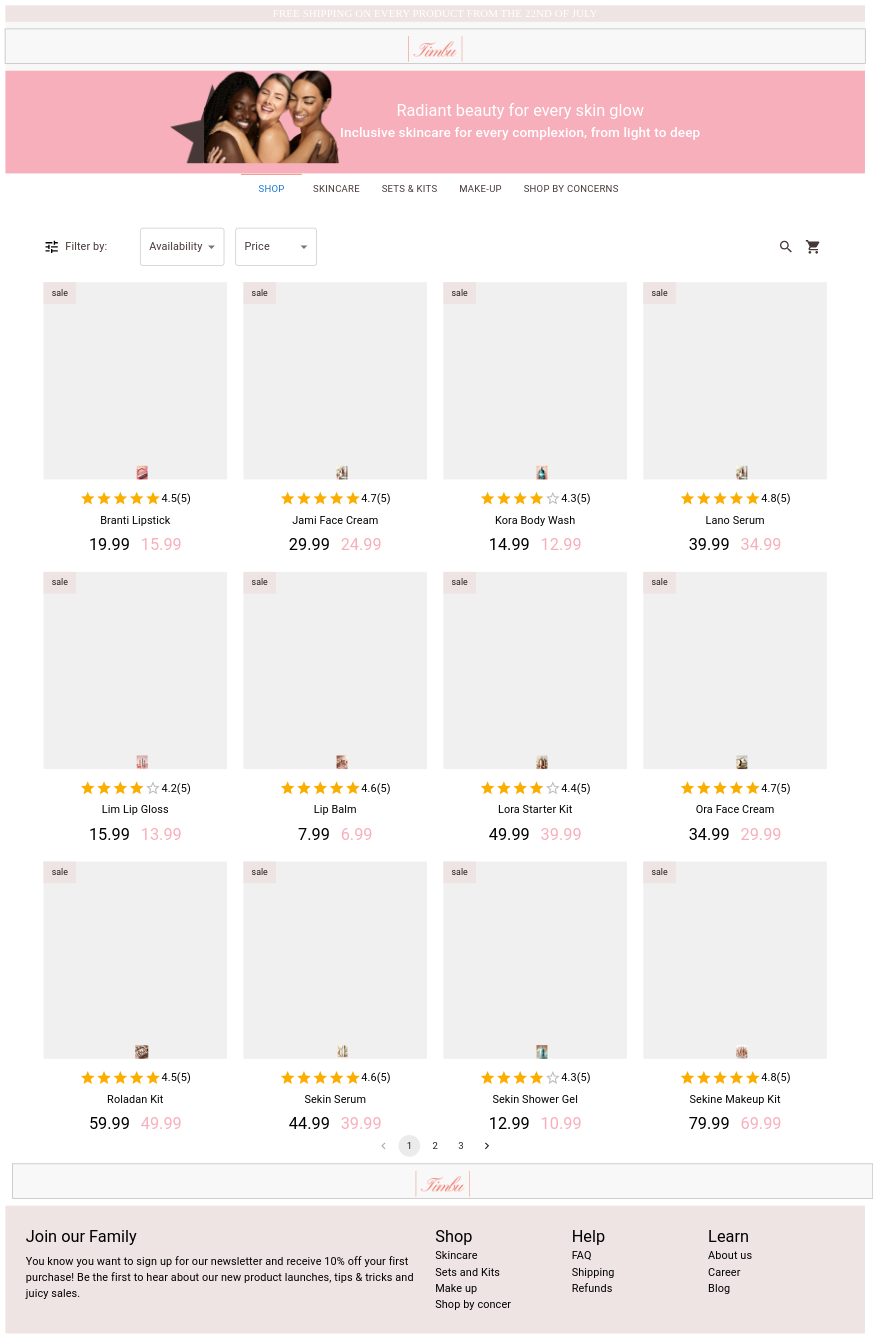
Repository: Armstrong2035/hng-project-two
Page: / (app in timbu-store/)
An editor plug-in stored every save of this project. The page is shown before and after the next save, followed by the edit.
The browser window is 1280 px wide. The page is 1284 px wide, so the pictures cover 1284 px, including what lies to the right of the window. The pictures show the whole page, at 68% of full size.
The project was rebuilt for these pictures with package versions that can differ from the ones it lists, and the page was loaded fresh each time. The framework's server and built-in components were replaced by stand-ins that run in the browser. Also part of the build but not shown: timbu-store/next.config.mjs, timbu-store/src/app/fonts.css, timbu-store/components/Products/FiltersMobile.js.

Above is the page before, as saved 2024-07-10 01:36:28.

### timbu-store/src/app/layout.js
"use client";

import "./fonts.css";

import Head from "next/head";

const metadata = {
  title: "Timbu Store",
  description: "We sell beauty",
};

export default function RootLayout({ children }) {
  return (
    <>
      <html>
        <Head>
          <title>{metadata.title}</title>
          <meta name="description" content={metadata.description} />
        </Head>
        <body>{children}</body>
      </html>
    </>
  );
}

### timbu-store/src/app/page.js
"use client";

import ProductList from "../../components/Products/ProductList";
import { Container, Box, Grid } from "@mui/material";
import Header from "../../components/header/Header";
import Footer from "../../components/footer/Footer";
import Filters from "../../components/Products/Filters";

export default function Home() {
  return (
    <>
      <Grid>
        <Grid item sm={12}>
          <Header />
        </Grid>

        <Grid item>
          <Box sx={{ mt: 4 }}>
            <ProductList />
          </Box>
        </Grid>
        <Grid item>
          <Footer />
        </Grid>
      </Grid>
    </>
  );
}

### timbu-store/components/Products/ProductList.js
"use client";
import { inventory } from "@/products";
import {
  Box,
  Grid,
  Container,
  Stack,
  Card,
  CardContent,
  CardHeader,
  CardMedia,
  Typography,
  Rating,
  CardActionArea,
  Button,
  Chip,
  Pagination,
} from "@mui/material";
import Image from "next/image";
import useStore from "@/store/store";
import React from "react";
import Link from "next/link";
import Filters from "./Filters";
import { useTheme } from "@mui/material/styles";
import useMediaQuery from "@mui/material/useMediaQuery";
import FiltersMobile from "./FiltersMobile";

export default function ProductList() {
  const addToCart = useStore((state) => state.addToCart);
  const cart = useStore((state) => state.cart);

  const theme = useTheme();
  const isDesktop = useMediaQuery(theme.breakpoints.up("lg"));

  //   console.log(cart);
  return (
    <Container>
      <Stack alignItems={"center"}>
        {/* <FiltersMobile /> */}
        {/* {!isDesktop && <FiltersMobile />} */}
        <Grid container spacing={3} direction={"column"}>
          {isDesktop && (
            <Grid item lg={12}>
              <Filters />
            </Grid>
          )}

          <Grid item xs={12} sm={6} md={4} lg={3}>
            <Grid container spacing={3}>
              {inventory.map((product, index) => (
                <Grid
                  item
                  xs={12}
                  sm={12}
                  md={4}
                  lg={3}
                  key={product.productName}
                >
                  <Stack direction={"column"} spacing={2}>
                    <Link
                      href={`/product/${encodeURIComponent(
                        product.productName
                      )}`}
                    >
                      <Box
                        sx={{
                          position: "relative",
                          width: "100%",
                          paddingTop: "100%", // This creates a 1:1 aspect ratio
                          backgroundColor: "#F1F0F0",
                          "&:hover": {
                            backgroundColor: "#E6DFDF",
                          },
                        }}
                      >
                        <Chip
                          label={"sale"}
                          sx={{
                            position: "absolute",
                            top: "0",
                            left: "0",
                            borderRadius: "0",
                            backgroundColor: "#EEE4E3",
                          }}
                        />

                        <div
                          style={{
                            width: "100%",
                            height: "100%",
                            position: "relative",
                            padding: "10px",
                          }}
                        >
                          <Image
                            src={product.imageUrl}
                            alt={product.productName}
                            layout="fill"
                            objectFit="contain"
                          />
                        </div>

                        <Box
                          className="add-to-cart"
                          sx={{
                            backgroundColor: "#ED8174",
                            color: "white",
                            position: "absolute",
                            bottom: 0,
                            width: "100%",
                            height: "50px",
                            display: "flex",
                            justifyContent: "center",
                            alignItems: "center",
                            opacity: 0,
                            transition: "opacity 0.3s",
                            cursor: "pointer",
                            "&:hover": {
                              backgroundColor: "#C9675B",
                            },
                          }}
                          onClick={(e) => {
                            e.stopPropagation(); // Prevent event from bubbling up to the Link
                            e.preventDefault(); // Prevent the default link behavior
                            addToCart(product);
                          }}
                        >
                          Add To Cart
                        </Box>
                      </Box>
                    </Link>

                    <Box>
                      <Stack spacing={1} alignItems={"center"}>
                        <Stack direction={"row"}>
                          <Rating
                            name="read-only"
                            value={product.rating}
                            readOnly
                          />
                          <Typography>{`${product.rating}(5)`}</Typography>
                        </Stack>
                        <Typography>{`${product.productName}`}</Typography>
                        <Stack spacing={2} direction={"row"}>
                          <Typography
                            variant={"h5"}
                          >{`${product.price}`}</Typography>

                          <Typography
                            variant={"h5"}
                            sx={{ color: "#F7AFBC" }}
                          >{`${product.discountPrice}`}</Typography>
                        </Stack>
                      </Stack>
                    </Box>
                  </Stack>
                </Grid>
              ))}
            </Grid>
          </Grid>
        </Grid>
        <Pagination count={3} />
      </Stack>
    </Container>
  );
}

### timbu-store/components/header/Header.js
"use client";
import { AppBar, Typography, Box, Stack } from "@mui/material";
import React from "react";
import Image from "next/image";
import Group1 from "../../public/utility-images/Group1.png";
import TimbuStore from "./TimbuStore";
import Promotion from "./Promotion";
import SimpleTabs from "./NavBar";
import Filters from "../Products/Filters";
import { useTheme } from "@mui/material/styles";
import useMediaQuery from "@mui/material/useMediaQuery";
import FiltersMobile from "../Products/FiltersMobile";

export default function Header() {
  const theme = useTheme();
  const isDesktop = useMediaQuery(theme.breakpoints.up("lg"));

  return (
    <>
      <Stack alignItems={"center"}>
        <AppBar
          elevation={"none"}
          sx={{
            backgroundColor: "#F8F8F8",
            position: "relative",
            width: "100%",
          }}
        >
          <Stack alignItems={"center"}>
            <Promotion />
            <TimbuStore />
            <Stack
              alignItems={"center"}
              textAlign={"center"}
              direction={isDesktop ? "row" : "column-reverse"}
              justifyContent={"center"}
              sx={{ backgroundColor: "#F7AFBC", width: "100%" }}
            >
              <Box sx={{ width: "250.08px", height: "150.77px" }}>
                <Image
                  src={Group1}
                  alt={"group of women"}
                  layout="responsive"
                  width={100}
                  height={100}
                  objectFit="contain"
                />
              </Box>
              <Box>
                <Typography variant={"h5"}>
                  Radiant beauty for every skin glow
                </Typography>
                <Typography variant={"h6"}>
                  Inclusive skincare for every complexion, from light to deep
                </Typography>
              </Box>
            </Stack>
          </Stack>
        </AppBar>

        {!isDesktop && (
          <Box sx={{ alignSelf: "flex-start" }}>
            <FiltersMobile />
          </Box>
        )}

        {isDesktop && <SimpleTabs />}
      </Stack>
    </>
  );
}

### timbu-store/components/footer/Footer.js
import React from "react";
import {
  Container,
  Grid,
  Typography,
  TextField,
  Button,
  AppBar,
  Toolbar,
  Box,
  Stack,
} from "@mui/material";
import TimbuStore from "../header/TimbuStore";
import { useTheme } from "@mui/material/styles";
import useMediaQuery from "@mui/material/useMediaQuery";

function Footer() {
  const theme = useTheme();
  const isDesktop = useMediaQuery(theme.breakpoints.up("lg"));
  return (
    <>
      <TimbuStore />
      <Box
        sx={{
          inTop: "2rem",
          backgroundColor: "#EEE4E3",
          padding: "30px",
        }}
      >
        <Grid container>
          <Grid item sm={12} lg={6}>
            <Stack>
              <Typography variant="h5" gutterBottom>
                Join our Family
              </Typography>
              <Typography variant="body1" paragraph>
                You know you want to sign up for our newsletter and receive 10%
                off your first purchase! Be the first to hear about our new
                product launches, tips & tricks and juicy sales.
              </Typography>
            </Stack>
          </Grid>

          <Grid item sm={12} lg={6}>
            <Grid container direction={isDesktop ? "row" : "column"}>
              <Grid item sm={12} lg={4}>
                <Stack>
                  <Typography variant={"h5"}>Shop</Typography>
                  <Typography>Skincare</Typography>
                  <Typography>Sets and Kits</Typography>
                  <Typography>Make up</Typography>
                  <Typography>Shop by concer</Typography>
                </Stack>
              </Grid>
              <Grid item sm={12} lg={4}>
                <Stack>
                  <Typography variant={"h5"}>Help</Typography>
                  <Typography>FAQ</Typography>
                  <Typography>Shipping</Typography>
                  <Typography>Refunds</Typography>
                </Stack>
              </Grid>
              <Grid item sm={12} lg={4}>
                <Stack>
                  <Typography variant={"h5"}>Learn</Typography>
                  <Typography>About us</Typography>
                  <Typography>Career</Typography>
                  <Typography>Blog</Typography>
                </Stack>
              </Grid>
            </Grid>
          </Grid>
        </Grid>
      </Box>
    </>
  );
}

export default Footer;

### timbu-store/components/Products/Filters.js
import React from "react";
import Link from "next/link";
import {
  Box,
  Select,
  MenuItem,
  IconButton,
  Typography,
  Stack,
  Icon,
} from "@mui/material";
import TuneIcon from "@mui/icons-material/Tune";
import SearchIcon from "@mui/icons-material/Search";
import ShoppingCartIcon from "@mui/icons-material/ShoppingCart";

export default function Filters() {
  const [availability, setAvailability] = React.useState("");
  const [price, setPrice] = React.useState("");

  const handleAvailabilityChange = (event) => {
    setAvailability(event.target.value);
  };

  const handlePriceChange = (event) => {
    setPrice(event.target.value);
  };

  return (
    <Box
      sx={{
        display: "flex",
        justifyContent: "space-between",
        alignItems: "center",

        width: "100%",
      }}
    >
      <Stack direction={"row"} alignItems={"center"} spacing={6}>
        <Stack direction={"row"} spacing={1}>
          <Icon>
            <TuneIcon />
          </Icon>

          <Typography variant="body1" sx={{ color: "#473838" }}>
            Filter by:
          </Typography>
        </Stack>

        <Box sx={{ display: "flex", gap: 2 }}>
          <Select
            value={availability}
            onChange={handleAvailabilityChange}
            displayEmpty
            sx={{ minWidth: 120, color: "#473838" }}
          >
            <MenuItem value="" disabled>
              Availability
            </MenuItem>
            <MenuItem value="inStock">In Stock</MenuItem>
            <MenuItem value="outOfStock">Out of Stock</MenuItem>
          </Select>
          <Select
            value={price}
            onChange={handlePriceChange}
            displayEmpty
            sx={{ minWidth: 120, color: "#473838" }}
          >
            <MenuItem value="" disabled>
              Price
            </MenuItem>
            <MenuItem value="lowToHigh">Low to High</MenuItem>
            <MenuItem value="highToLow">High to Low</MenuItem>
          </Select>
        </Box>
      </Stack>
      <Box>
        <IconButton>
          <SearchIcon sx={{ color: "#473838" }} />
        </IconButton>
        <Link href={"/cart"}>
          <IconButton>
            <ShoppingCartIcon sx={{ color: "#473838" }} />
          </IconButton>
        </Link>
      </Box>
    </Box>
  );
}

### timbu-store/src/store/store.js
import { create } from "zustand";
import { persist } from "zustand/middleware";

const useStore = create(
  (set) => ({
    cart: [],
    addToCart: (item) => set((state) => ({ cart: [...state.cart, item] })),
  }),
  {
    name: "cart-storage",
  }
);

export default useStore;

### timbu-store/components/header/TimbuStore.js
"use client";

import Image from "next/image";
import Timbu from "../../public/utility-images/Timbu.png";
import Link from "next/link";

export default function TimbuStore() {
  return (
    <div
      style={{
        width: "100%",
        backgroundColor: "#F8F8F8",
        display: "flex",
        justifyContent: "center",
        alignItems: "center",
        padding: "10px 0",
        border: "1px solid #BCBABA",
        margin: "10px",
      }}
    >
      <Link href={"/"}>
        <div style={{ width: "80px", height: "30px" }}>
          <Image
            src={Timbu}
            alt={"timbu store logo"}
            layout="responsive"
            width={50}
            height={50}
            objectFit="contain"
          />
        </div>
      </Link>
    </div>
  );
}

### timbu-store/components/header/Promotion.js
"use client";

import { Typography, Box } from "@mui/material";
import React from "react";

export default function Promotion() {
  return (
    <>
      <Box
        sx={{
          display: "flex",
          alignItems: "center",
          justifyContent: "center",
          width: "100%",
          backgroundColor: "#EEE4E3",
          padding: "15px, 0",
        }}
      >
        <Typography sx={{ fontFamily: "kanit-regular" }}>
          FREE SHIPPING ON EVERY PRODUCT FROM THE 22ND OF JULY
        </Typography>
      </Box>
    </>
  );
}

### timbu-store/components/header/NavBar.js
import React, { useState } from "react";
import { Tabs, Tab, Typography, Box } from "@mui/material";

function TabPanel(props) {
  const { children, value, index, ...other } = props;

  return (
    <div
      role="tabpanel"
      hidden={value !== index}
      id={`simple-tabpanel-${index}`}
      aria-labelledby={`simple-tab-${index}`}
      {...other}
    >
      {value === index && <Typography>{children}</Typography>}
    </div>
  );
}

export default function SimpleTabs() {
  const [value, setValue] = useState(0);

  const handleChange = (event, newValue) => {
    setValue(newValue);
  };

  return (
    <Box>
      <Tabs
        value={value}
        onChange={handleChange}
        TabIndicatorProps={{
          style: {
            top: 0,
            bottom: "auto",
            backgroundColor: "#ED8174",
          },
        }}
        sx={{
          "& .MuiTab-root": {
            fontWeight: "normal",
          },
          "& .Mui-selected": {
            color: "#473838",
            fontWeight: "normal",
          },
        }}
      >
        <Tab
          label="Shop"
          sx={{
            color: " #473838",
            fontWeight: "normal",
          }}
        />
        <Tab
          label="Skincare"
          sx={{
            color: " #473838",
            fontWeight: "normal",
          }}
        />
        <Tab
          label="Sets & Kits"
          sx={{
            color: " #473838",
            fontWeight: "normal",
          }}
        />
        <Tab
          label="Make-up"
          sx={{
            color: " #473838",
            fontWeight: "normal",
          }}
        />
        <Tab
          label="Shop by Concerns"
          sx={{
            color: " #473838",
            fontWeight: "normal",
          }}
        />
      </Tabs>
    </Box>
  );
}

Loaded but not shown: timbu-store/src/products.js (254 lines, source omitted)

After the next save:
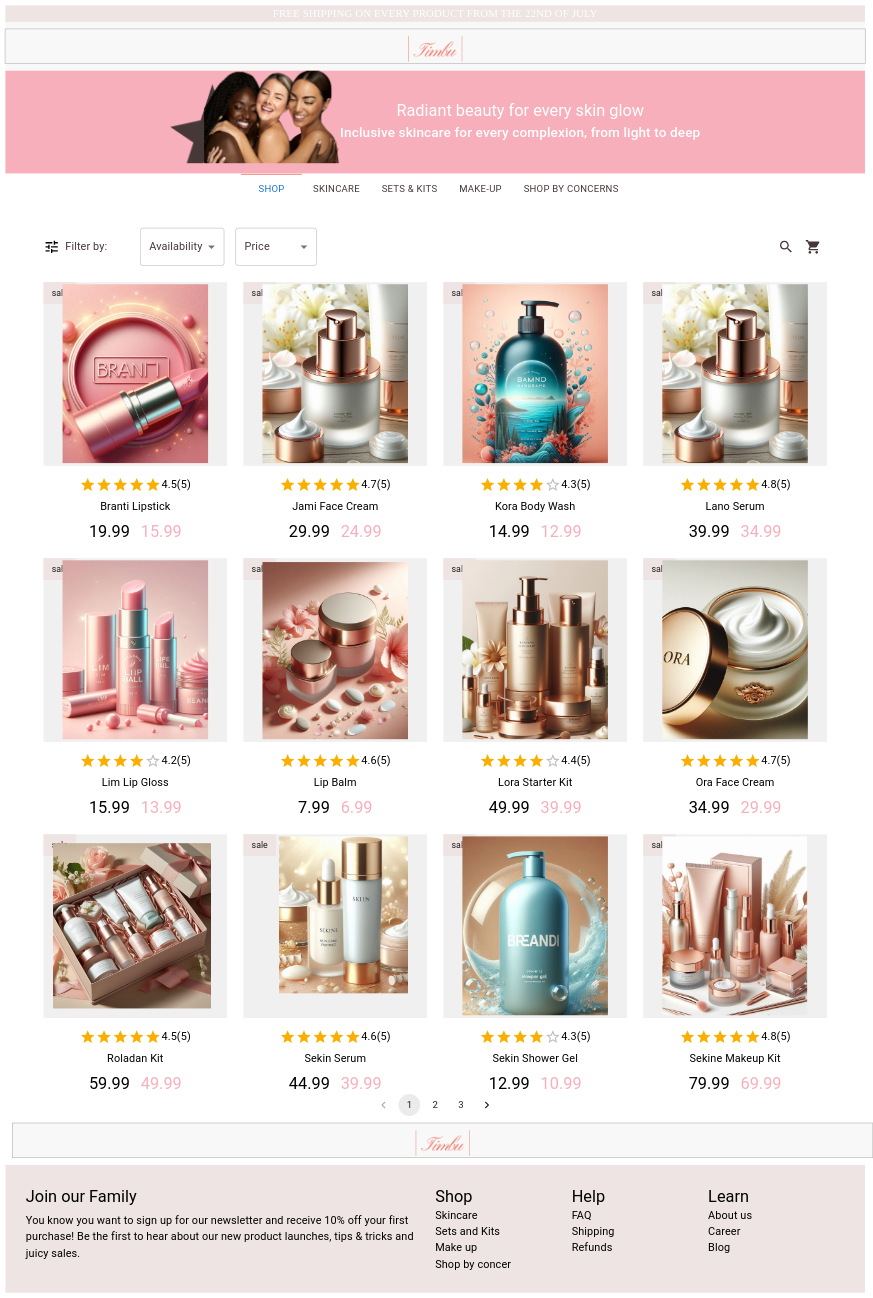
Saved 47 s later.
--- a/timbu-store/components/Products/ProductList.js
+++ b/timbu-store/components/Products/ProductList.js
@@ -73,59 +73,73 @@ export default function ProductList() {
                           },
                         }}
                       >
-                        <Chip
-                          label={"sale"}
+                        <Box
                           sx={{
                             position: "absolute",
-                            top: "0",
-                            left: "0",
-                            borderRadius: "0",
-                            backgroundColor: "#EEE4E3",
-                          }}
-                        />
-
-                        <div
-                          style={{
-                            width: "100%",
-                            height: "100%",
-                            position: "relative",
-                            padding: "10px",
+                            top: 0,
+                            left: 0,
+                            right: 0,
+                            bottom: 0,
+                            display: "flex",
+                            alignItems: "center",
+                            justifyContent: "center",
+                            padding: "5%", // Use percentage-based padding
                           }}
                         >
-                          <Image
-                            src={product.imageUrl}
-                            alt={product.productName}
-                            layout="fill"
-                            objectFit="contain"
+                          <Chip
+                            label={"sale"}
+                            sx={{
+                              position: "absolute",
+                              top: "0",
+                              left: "0",
+                              borderRadius: "0",
+                              backgroundColor: "#EEE4E3",
+                            }}
                           />
-                        </div>
 
-                        <Box
-                          className="add-to-cart"
-                          sx={{
-                            backgroundColor: "#ED8174",
-                            color: "white",
-                            position: "absolute",
-                            bottom: 0,
-                            width: "100%",
-                            height: "50px",
-                            display: "flex",
-                            justifyContent: "center",
-                            alignItems: "center",
-                            opacity: 0,
-                            transition: "opacity 0.3s",
-                            cursor: "pointer",
-                            "&:hover": {
-                              backgroundColor: "#C9675B",
-                            },
-                          }}
-                          onClick={(e) => {
-                            e.stopPropagation(); // Prevent event from bubbling up to the Link
-                            e.preventDefault(); // Prevent the default link behavior
-                            addToCart(product);
-                          }}
-                        >
-                          Add To Cart
+                          <div
+                            style={{
+                              width: "100%",
+                              height: "100%",
+                              position: "relative",
+                              padding: "10px",
+                            }}
+                          >
+                            <Image
+                              src={product.imageUrl}
+                              alt={product.productName}
+                              layout="fill"
+                              objectFit="contain"
+                            />
+                          </div>
+
+                          <Box
+                            className="add-to-cart"
+                            sx={{
+                              backgroundColor: "#ED8174",
+                              color: "white",
+                              position: "absolute",
+                              bottom: 0,
+                              width: "100%",
+                              height: "50px",
+                              display: "flex",
+                              justifyContent: "center",
+                              alignItems: "center",
+                              opacity: 0,
+                              transition: "opacity 0.3s",
+                              cursor: "pointer",
+                              "&:hover": {
+                                backgroundColor: "#C9675B",
+                              },
+                            }}
+                            onClick={(e) => {
+                              e.stopPropagation(); // Prevent event from bubbling up to the Link
+                              e.preventDefault(); // Prevent the default link behavior
+                              addToCart(product);
+                            }}
+                          >
+                            Add To Cart
+                          </Box>
                         </Box>
                       </Box>
                     </Link>
